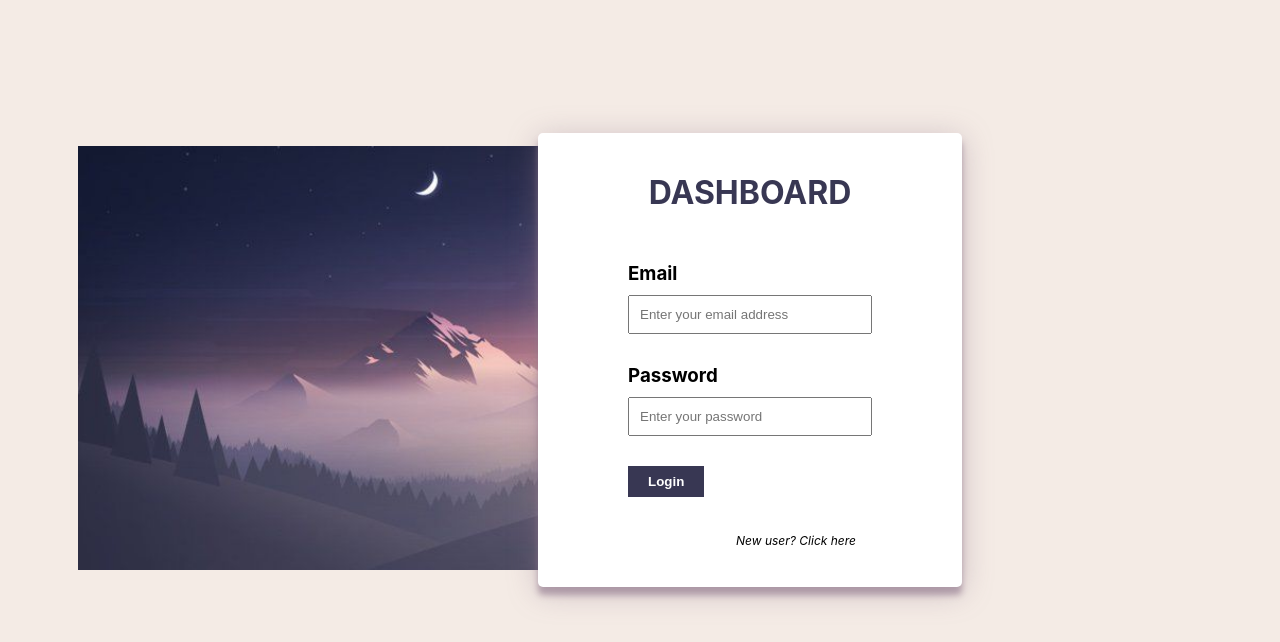
Repository: syni18/internshala-project
Page: /
An editor plug-in stored every save of this project. The page is shown before and after the next save, followed by the edit.
The browser window is 1280 px wide. The pictures show the whole page.
The project was rebuilt for these pictures with package versions that can differ from the ones it lists, and the page was loaded fresh each time. Also part of the build but not shown: src/dashboard/sidebar.css, src/dashboard/Sidebar.jsx, src/home/home.css, src/home/Home.jsx, src/profile/profile.css, src/profile/Profile.jsx, src/todocal/TodoList.jsx, src/todocal/Todo.jsx and 4 more.

Above is the page before, as saved 2022-08-30 16:19:20.

### src/StateProvider.jsx
import { createContext, useContext, useState, useEffect } from "react";
import {
  signInWithEmailAndPassword,
  createUserWithEmailAndPassword,
  onAuthStateChanged,
  signOut,
  updateProfile,
  sendPasswordResetEmail,
} from "firebase/auth";
import { auth } from "./firebaseconfig";

export const UserContext = createContext({});

export const useUserContext = () => {
  return useContext(UserContext);
};

export const UserContextProvider = ({ children }) => {
  const [user, setUser] = useState(null);
  const [loading, setLoading] = useState(false);
  const [error, setError] = useState("");

  useEffect(() => {

    setLoading(true);
    const unsubscribe = onAuthStateChanged(auth, (res) => {
      if (res) {
        setUser(res);
      } else {
        setUser(null);
      }
      setError("");
      setLoading(false);
    });
    return unsubscribe;
  }, []);

  const registerUser = (email, password, name) => {
    setLoading(true);
    createUserWithEmailAndPassword(auth, email, password)
      .then(() =>
        updateProfile(auth.currentUser, {
          displayName: name,
        })
      )
      .then((res) => console.log(res))
      .catch((err) => setError(err.message))
      .finally(() => setLoading(false));
  };

  const signInUser = (email, password) => {
    setLoading(true);
    signInWithEmailAndPassword(auth, email, password)
      .then((res) => console.log(res))
      .catch((err) => setError(err.code))
      .finally(() => setLoading(false));
  };

  const logoutUser = () => {
    signOut(auth);
  };

  const forgotPassword = (email) => {
    return sendPasswordResetEmail(auth, email);
  };

  const contextValue = {
    user,
    loading,
    error,
    signInUser,
    registerUser,
    logoutUser,
    forgotPassword,
  };
  return (
    <UserContext.Provider value={contextValue}>{children}</UserContext.Provider>
  );
};

### src/login/Login.jsx
import React, { useRef } from "react";
import { useUserContext } from "../StateProvider";
import bgwall from '../images/bgwall.jpg'
import "./login.css";

function Login() {

  const emailRef = useRef();
  const psdRef = useRef();
  const { registerUser } = useUserContext();
  const { signInUser,  } = useUserContext();


  const onSubmit = (e) => {
    e.preventDefault();
    const email = emailRef.current.value;
    const password = psdRef.current.value;
    if (email && password) {
      registerUser(email, password);
    }
  };

  const onSignin = (e) => {
    e.preventDefault();
    const email = emailRef.current.value;
    const password = psdRef.current.value;
    if (email && password) {
      signInUser(email, password)
    };
  };


  return (
    <div className="login">
      <div className="login_img">
        <img src={bgwall} alt="" />
      </div>
      <div className="login_container">
        <h1>DASHBOARD</h1>
        <form onSubmit={onSubmit}>
          <h3>Email</h3>
          <input
            type="email"
            ref={emailRef}
            placeholder="Enter your email address"
          />
          <h3>Password</h3>
          <input
            type="password"
            ref={psdRef}
            placeholder="Enter your password"
          />

          <button onClick={onSignin}>Login</button>
          {/* <button class="btn" onClick={onSubmit}>Sign Up</button> */}
        </form>
      </div>
    </div>
  );
}

export default Login

### src/login/Auth.jsx
import React, { useState } from "react";
import Login from "./Login";
import SignUp from "./SignUp";
import './auth.css'
const Auth = () => {
  const [index, setIndex] = useState(false);
  const toggleIndex = () => {
    setIndex((prevState) => !prevState);
  };
  return (
    <div className="container">
      {!index ? <Login /> : <SignUp />}
      <p onClick={toggleIndex}>
        {!index ? "New user? Click here " : "Already have an acount?"}
      </p>
    </div>
  );
};

export default Auth;

### src/firebaseconfig.jsx
// import firebase from './firebase'
import {initializeApp} from 'firebase/app'
import {getAuth} from 'firebase/auth'


const firebaseConfig = {
  apiKey: "AIzaSyDVNoV1MkQllHisnoMCIAddM7Hvozm_pHI",
  authDomain: "internshala-project-b7454.firebaseapp.com",
  projectId: "internshala-project-b7454",
  storageBucket: "internshala-project-b7454.appspot.com",
  messagingSenderId: "542399112034",
  appId: "1:542399112034:web:14aea6166a26dbb89c823b",
  measurementId: "G-8Q498T4H87",
};

const app = initializeApp(firebaseConfig);


export const auth = getAuth(app);
export default app;

### src/login/login.css
.login {
    background-color: #F4EBE5;
    height: 100vh;
    width: 100vw;
    display: flex;
    justify-content: center;
    align-items: center;
}

.login_img img {
    width: 700px;
    /* border-radius: 100px; */
    transform: rotate(360deg)

}

.login_container {
    /* border: 3px solid rgb(56, 55, 83); */
    /* border-left: none; */
    position: relative;
    right: 240px;
    padding:90px;
    text-align: center;
    background-color: #fff;
    border-radius: 5px;
    box-shadow: 0 8px 6px rgb(143, 118, 140,0.6),
        0 5px 30px rgb(143, 118, 140,0.4);
}
.login_container h1 {
    display: flex;
    margin-top: -50px;
    margin-bottom: 50px;
    color: rgb(56, 55, 83);
    align-items: center;
    justify-content: center;
}
.login_container .btn{
    position: absolute;
    bottom: 4.8%;
    left: 0;
    width: 80%;
    padding: 10px 0;
    border-top-right-radius: 30px;
    border-bottom-right-radius: 30px;
    cursor: pointer;
}
.login_container form {
    display: flex;
    flex-direction: column;
}
.login_container form h3 {
    text-align: left;
    margin-bottom: 10px;
}
.login_container  input {
    padding: 10px 10px;
    margin-bottom: 30px;
    outline: none;
    width: 220px;
}
.login_container button {
        background-color: rgb(56, 55, 83);
        color: white;
        border: none;
        padding: 8px 20px;
        width: max-content;
        font-weight: 600;
}

### src/todocal/todo.css
.dashboard_body {
    background-image: url("../images/dashboardSidebar.jpg");
        background-position:right;
        background-repeat: no-repeat;
        background-size:78%;
        overflow: scroll;

        /* border-bottom-right-radius: 10px; */
}

::-webkit-scrollbar {
    width: 20px;
}
::-webkit-scrollbar-thumb{
    display: none;
}
.forTodo h1 {
    margin: 20px 10px;
    display: flex;
    justify-content: space-between;
    align-items: center;
    position: sticky;
    top: 5%;
}
.todo_container {
    margin-top: 30px;
    display: flex;
    justify-content: flex-start;
    align-items: center;
    position: sticky;
    top: 17%;
    background: #fff;
}
.todo_container input {
    padding: 10px;
    width: 30%;
    outline: none;
    border: none;
    border-bottom: 2px solid salmon;
}
.todo_container  .MuiSvgIcon-root {
    color: #93c0be;
}
.todo_container .MuiSvgIcon-root:hover {
    color: rgb(110, 181, 5);
    transform: rotate(120deg);
}
.todo_list {
    margin-top: 15px;
    margin-left: 20px;
    font-size: 20px;


}
.todo_list ol {
    list-style: none;
    position: fixed;
    max-height: 380px;
    overflow: scroll;

}
.todo_list ol li {
    display: flex;
    justify-content: flex-start;
    align-items: center;
    font-weight: 300;
}
.todo_list ol li .MuiSvgIcon-root{
    padding-right: 20px;
    font-size: 30px;
}
.todo_list ol li .MuiSvgIcon-root:hover{
    color: rgb(248, 28, 28);
}

### src/login/auth.css
.container > p {
    position: absolute;
    top: 74%;
    left: 57.5%;
    font-size: 12px;
    font-style: italic;
    cursor: pointer;
}

Loaded but not shown: public/index.html (common file); src/index.js (common file); src/index.css (common file); src/App.js (common file); src/App.css (common file)

After the next save:
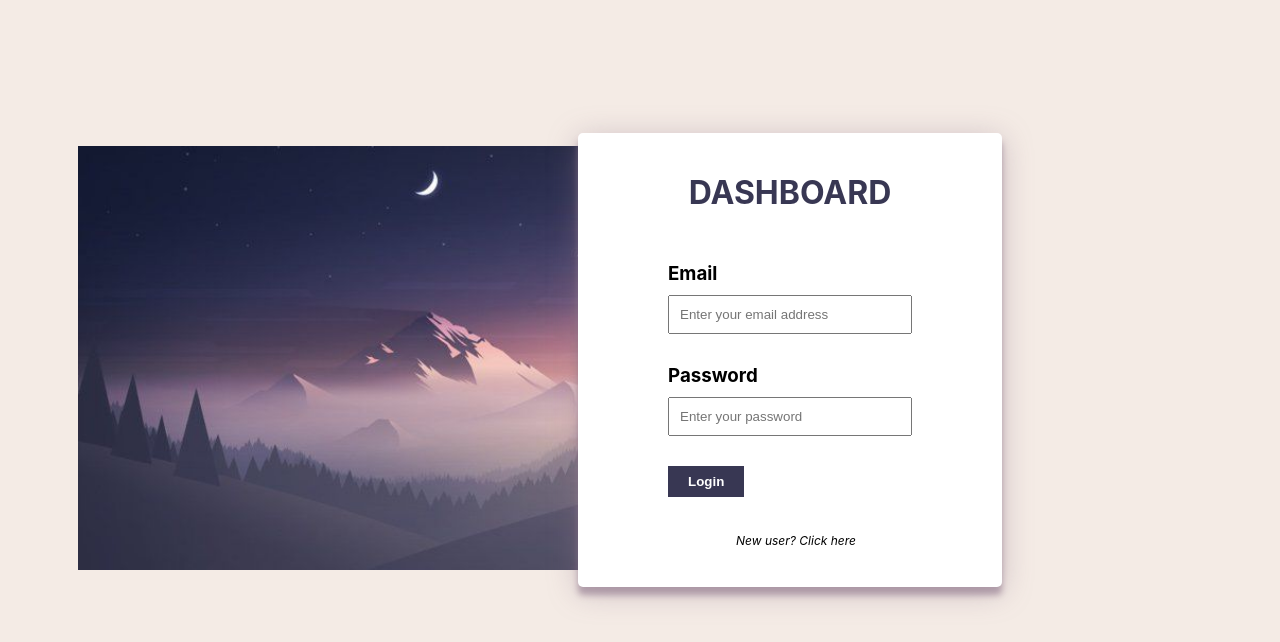
Saved 13 s later.
--- a/src/login/login.css
+++ b/src/login/login.css
@@ -18,7 +18,7 @@
     /* border: 3px solid rgb(56, 55, 83); */
     /* border-left: none; */
     position: relative;
-    right: 240px;
+    right: 200px;
     padding:90px;
     text-align: center;
     background-color: #fff;
